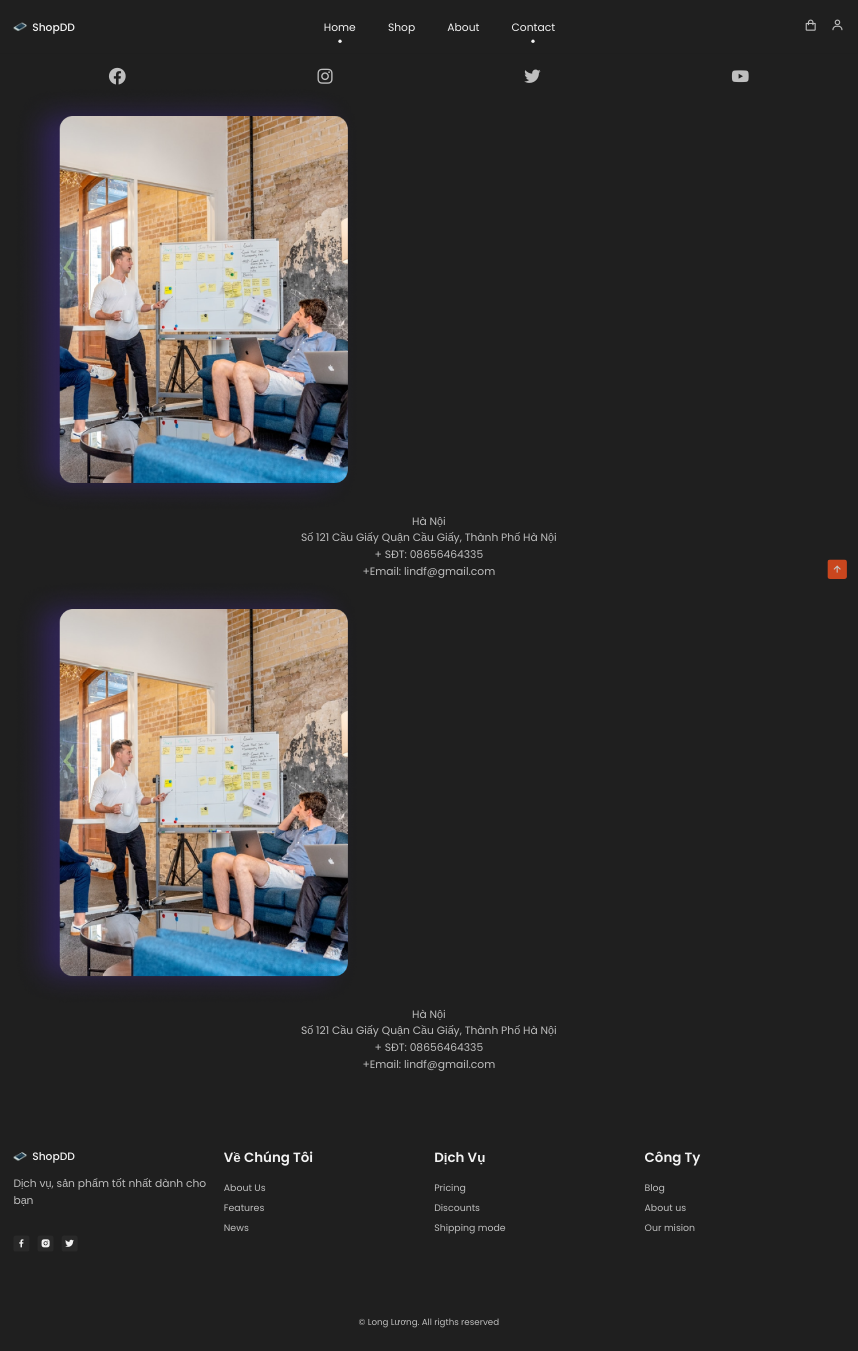
Repository: long5122000/Shopc
Page: contact.html
An editor plug-in stored every save of this project. The page is shown before and after the next save, followed by the edit.
The browser window is 1280 px wide. The pictures show the whole page, at 67% of full size.
The style sheet was rebuilt from its Sass, Less or Tailwind sources for each picture, by a compiler version that may differ from the author's.

Above is the page before, as saved 2021-12-01 10:05:13.

### contact.html
<!DOCTYPE html>
<html lang="en">
  <head>
    <meta charset="UTF-8" />
    <meta http-equiv="X-UA-Compatible" content="IE=edge" />
    <meta name="viewport" content="width=device-width, initial-scale=1.0" />
    <title>ShopDD</title>
    <link rel="shortcut icon" href="favicon.png" type="image/x-icon" />
    <link
      rel="stylesheet"
      href="https://unpkg.com/swiper@7/swiper-bundle.min.css"
    />
    <link
      rel="stylesheet"
      href="https://cdn.jsdelivr.net/npm/boxicons@latest/css/boxicons.min.css"
    />
    <link rel="stylesheet" href="./css/app.css" />
  </head>
  <body>
    <header class="header" id="header">
      <nav class="nav container">
        <a href="" class="nav__logo">
          <img src="./images/logo-3.png" alt="" class="nav__logo-img" />
          ShopDD
        </a>
        <div class="nav__menu" id="nav-menu">
          <ul class="nav__list">
            <li class="nav__item">
              <a href="./index.html" class="nav__link active-link">Home</a>
            </li>
            <li class="nav__item">
              <a href="#" class="nav__link">Shop</a>
            </li>
            <li class="nav__item">
              <a href="./about.html" class="nav__link">About</a>
            </li>
            <li class="nav__item">
              <a href="./contact.html" class="nav__link">Contact</a>
            </li>

            <!-- <a href="" class="button button--ghost">Support</a> -->
          </ul>

          <div class="nav__close" id="nav-close">
            <i class="bx bx-x"></i>
          </div>
          <!-- <img src="./images/nav-img.png" alt="" class="nav__img" /> -->
        </div>
        <div class="nav__btns">
          <!-- Theme change button -->

          <div class="nav__shop" id="cart-shop">
            <i class="bx bx-shopping-bag"></i>
          </div>

          <div class="nav__shop" id="info-user">
            <i class="bx bx-user"></i>
          </div>

          <div class="nav__toggle" id="nav-toggle">
            <i class="bx bx-grid-alt"></i>
          </div>
        </div>
      </nav>
    </header>

    <div class="cart" id="cart">
      <i class="bx bx-x cart__close" id="cart-close"></i>

      <h2 class="cart__title-center">My Cart</h2>

      <div class="cart__container">
        <article class="cart__card">
          <div class="cart__box">
            <img src="./images/new-1.png" alt="" class="cart__img" />
          </div>

          <div class="cart__details">
            <h3 class="cart__title">Jazzmaster</h3>
            <span class="cart__price">$1050</span>

            <div class="cart__amount">
              <div class="cart__amount-content">
                <span class="cart__amount-box">
                  <i class="bx bx-minus"></i>
                </span>

                <span class="cart__amount-number">1</span>

                <span class="cart__amount-box">
                  <i class="bx bx-plus"></i>
                </span>
              </div>

              <i class="bx bx-trash-alt cart__amount-trash"></i>
            </div>
          </div>
        </article>

        <article class="cart__card">
          <div class="cart__box">
            <img src="./images/new-3.png" alt="" class="cart__img" />
          </div>

          <div class="cart__details">
            <h3 class="cart__title">Rose Gold</h3>
            <span class="cart__price">$850</span>

            <div class="cart__amount">
              <div class="cart__amount-content">
                <span class="cart__amount-box">
                  <i class="bx bx-minus"></i>
                </span>

                <span class="cart__amount-number">1</span>

                <span class="cart__amount-box">
                  <i class="bx bx-plus"></i>
                </span>
              </div>

              <i class="bx bx-trash-alt cart__amount-trash"></i>
            </div>
          </div>
        </article>

        <article class="cart__card">
          <div class="cart__box">
            <img src="./images/new-5.png" alt="" class="cart__img" />
          </div>

          <div class="cart__details">
            <h3 class="cart__title">Longines Rose</h3>
            <span class="cart__price">$980</span>

            <div class="cart__amount">
              <div class="cart__amount-content">
                <span class="cart__amount-box">
                  <i class="bx bx-minus"></i>
                </span>

                <span class="cart__amount-number">1</span>

                <span class="cart__amount-box">
                  <i class="bx bx-plus"></i>
                </span>
              </div>

              <i class="bx bx-trash-alt cart__amount-trash"></i>
            </div>
          </div>
        </article>
        <article class="cart__card">
          <div class="cart__box">
            <img src="./images/new-5.png" alt="" class="cart__img" />
          </div>

          <div class="cart__details">
            <h3 class="cart__title">Longines Rose</h3>
            <span class="cart__price">$980</span>

            <div class="cart__amount">
              <div class="cart__amount-content">
                <span class="cart__amount-box">
                  <i class="bx bx-minus"></i>
                </span>

                <span class="cart__amount-number">1</span>

                <span class="cart__amount-box">
                  <i class="bx bx-plus"></i>
                </span>
              </div>

              <i class="bx bx-trash-alt cart__amount-trash"></i>
            </div>
          </div>
        </article>
        <article class="cart__card">
          <div class="cart__box">
            <img src="./images/new-5.png" alt="" class="cart__img" />
          </div>

          <div class="cart__details">
            <h3 class="cart__title">Longines Rose</h3>
            <span class="cart__price">$980</span>

            <div class="cart__amount">
              <div class="cart__amount-content">
                <span class="cart__amount-box">
                  <i class="bx bx-minus"></i>
                </span>

                <span class="cart__amount-number">1</span>

                <span class="cart__amount-box">
                  <i class="bx bx-plus"></i>
                </span>
              </div>

              <i class="bx bx-trash-alt cart__amount-trash"></i>
            </div>
          </div>
        </article>
        <article class="cart__card">
          <div class="cart__box">
            <img src="./images/new-6.webp" alt="" class="cart__img" />
          </div>

          <div class="cart__details">
            <h3 class="cart__title">Longines Rose</h3>
            <span class="cart__price">$980</span>

            <div class="cart__amount">
              <div class="cart__amount-content">
                <span class="cart__amount-box">
                  <i class="bx bx-minus"></i>
                </span>

                <span class="cart__amount-number">1</span>

                <span class="cart__amount-box">
                  <i class="bx bx-plus"></i>
                </span>
              </div>

              <i class="bx bx-trash-alt cart__amount-trash"></i>
            </div>
          </div>
        </article>
      </div>

      <div class="cart__prices">
        <span class="cart__prices-item">3 items</span>
        <span class="cart__prices-total">$2880</span>
      </div>
    </div>

    <div class="info" id="info">
      <i class="bx bx-x info__close" id="info-close"></i>
      <div class="info__btn">
        <a href="./login.html" class="button">Đăng nhập</a>
        <a href="./register.html" class="button">Đăng Ký</a>
      </div>
    </div>
    <main class="main">
      <section class="contact container" id="contact">
        <h1 class="contact__title">Hãy Kết Nối Với Chúng Tôi</h1>
        <div class="contact__list">
          <i class="bx bxl-facebook-circle contact__item"></i>
          <i class="bx bxl-instagram contact__item"></i>
          <i class="bx bxl-twitter contact__item"></i>
          <i class="bx bxl-youtube contact__item"></i>
        </div>
      </section>
      <section class="address container">
        <div class="address__list">
          <div class="address__image">
            <img src="./images/about.png" alt="" />
          </div>
          <div class="address__content">
            <div class="address__city">Hà Nội</div>
            <div class="address__info">
              <span>Số 121 Cầu Giấy</span>
              Quận Cầu Giấy, Thành Phố Hà Nội
            </div>
            <div class="address__phone">+ SĐT: 08656464335</div>
            <div class="address__email">+Email: lindf@gmail.com</div>
          </div>
        </div>
        <div class="address__list">
          <div class="address__image">
            <img src="./images/about.png" alt="" />
          </div>
          <div class="address__content">
            <div class="address__city">Hà Nội</div>
            <div class="address__info">
              <span>Số 121 Cầu Giấy</span>
              Quận Cầu Giấy, Thành Phố Hà Nội
            </div>
            <div class="address__phone">+ SĐT: 08656464335</div>
            <div class="address__email">+Email: lindf@gmail.com</div>
          </div>
        </div>
      </section>
    </main>
    <footer class="footer section">
      <div class="footer__container container grid">
        <div class="footer__content">
          <a href="#" class="footer__logo">
            <img src="./images/logo-3.png" alt="" class="footer__logo-image" />
            ShopDD
          </a>
          <p class="footer__description">
            Dịch vụ, sản phẩm tốt nhất dành cho bạn
          </p>
          <div class="footer__social">
            <a
              href="https://www.facebook.com/"
              target="_blank"
              class="footer__social-link"
            >
              <i class="bx bxl-facebook"></i>
            </a>
            <a
              href="https://www.instagram.com/"
              target="_blank"
              class="footer__social-link"
            >
              <i class="bx bxl-instagram-alt"></i>
            </a>
            <a
              href="https://twitter.com/"
              target="_blank"
              class="footer__social-link"
            >
              <i class="bx bxl-twitter"></i>
            </a>
          </div>
        </div>
        <div class="footer__content">
          <h3 class="footer__title">Về Chúng Tôi</h3>
          <ul class="footer__links">
            <li>
              <a href="" class="footer__link">About Us</a>
            </li>
            <li>
              <a href="" class="footer__link">Features</a>
            </li>
            <li>
              <a href="" class="footer__link">News</a>
            </li>
          </ul>
        </div>
        <div class="footer__content">
          <h3 class="footer__title">Dịch Vụ</h3>
          <ul class="footer__links">
            <li>
              <a href="" class="footer__link">Pricing</a>
            </li>
            <li>
              <a href="" class="footer__link">Discounts</a>
            </li>
            <li>
              <a href="" class="footer__link">Shipping mode</a>
            </li>
          </ul>
        </div>
        <div class="footer__content">
          <h3 class="footer__title">Công Ty</h3>
          <ul class="footer__links">
            <li>
              <a href="" class="footer__link">Blog</a>
            </li>
            <li>
              <a href="" class="footer__link">About us</a>
            </li>
            <li>
              <a href="" class="footer__link">Our mision</a>
            </li>
          </ul>
        </div>
      </div>

      <span class="footer__copy">&#169; Long Lương. All rigths reserved</span>

      <div class="modal" id="modal__view">
        <div class="modal__main">
          <i class="bx bx-x modal__close" id="modal-close"></i>
          <div class="modal__image">
            <img src="./images/new-1.png" alt="" />
          </div>
          <div class="modal__content">
            <h3 class="modal__title">Tivi</h3>
            <p class="modal__desc">
              Lorem ipsum dolor sit amet consectetur adipisicing elit. Repellat
              laborum facilis harum quis aperiam laboriosam quasi deleniti velit
              est rerum animi consectetur voluptate culpa, quas, dolor illum
              fugit exercitationem sapiente?
            </p>
            <div class="modal__price">$167</div>
          </div>
          <a href="#!" class="button modal__button">Xem chi tiết</a>
        </div>
      </div>

      <!-- <img src="./images/footer1-img.png" alt="" class="footer__image-one" />
      <img src="./images/footer2-img.png" alt="" class="footer__image-two" /> -->
    </footer>

    <a href="#" class="scrollup" id="scroll-up">
      <i class="bx bx-up-arrow-alt scrollup__icon"></i>
    </a>
    <script src="https://unpkg.com/swiper@7/swiper-bundle.min.js"></script>
    <script src="scripts/scrollreveal.min.js"></script>
    <script src="./scripts/app.js"></script>
  </body>
</html>

### sass/app.scss
@import "variables";
@import "reset";
@import "mixin";
@import "base";
@import "header";
@import "cart";
@import "search";
@import "info";
@import "home";
@import "category";
@import "about";
@import "hot";
@import "discount";
@import "new";
@import "newsletter";
@import "footer";
@import "modal";
@import "scroll";
@import "register";
@import "login";
@import "contact";
@import "address";
@import "breakpoints";

### sass/_reset.scss
html {
  box-sizing: border-box;
}
* {
  margin: 0;
  padding: 0;
}
*,
*:before,
*:after {
  box-sizing: border-box;
}
input,
textarea,
select,
button {
  outline: none;
  border: none;
}
input {
  line-height: normal;
}
label,
button {
  cursor: pointer;
}
a {
  text-decoration: none;
}
img {
  display: block;
  max-width: 100%;
}

### sass/_mixin.scss
@mixin flex(
  $align: flex-start,
  $justify: flex-start,
  $wrap: nowrap,
  $dir: row
) {
  display: flex;
  justify-content: $justify;
  align-items: $align;
  flex-wrap: $wrap;
  flex-direction: $dir;
}
@mixin maxw($breakpoint) {
  @media screen and (max-width: $breakpoint) {
    @content;
  }
}
@mixin minw($breakpoint) {
  @media screen and (min-width: $breakpoint) {
    @content;
  }
}
@mixin center {
  display: flex;
  justify-content: center;
  align-items: center;
}

### sass/_base.scss
* {
  box-sizing: border-box;
  padding: 0;
  margin: 0;
}
html {
  scroll-behavior: smooth;
}
body {
  margin: var(--header-height) 0 0 0;
  font-family: var(--body-font);
  font-size: var(--normal-font-size);
  background: var(--body-color);
  color: var(--text-color);
}
h1,
h2,
h3,
h4 {
  color: var(--title-color);
  font-weight: var(--font-semi-bold);
}
ul {
  list-style: none;
}
.section {
  padding: 4.5rem 0 2rem;
}
.section__title {
  font-size: var(--h2-font-size);
  margin-bottom: var(--mb2);
  text-align: center;
}
.container {
  max-width: 1240px;
  margin-left: var(--mb-1-5);
  margin-right: var(--mb-1-5);
}
.grid {
  display: grid;
}
.main {
  overflow: hidden;
}
::-webkit-scrollbar {
  width: 0.6rem;
  background: #413e3e;
}
::-webkit-scrollbar-thumb {
  background: #272525;
  border-radius: 0.5rem;
}
.button {
  display: inline-block;
  background-color: var(--first-color);
  color: var(--title-color);
  padding: 1rem 1.75rem;
  border-radius: 0.5rem;
  font-weight: var(--font-medium);
  transition: 0.3s;
  &:hover {
    background-color: var(--first-color-alt);
  }
  &--ghost {
    border: 2px solid;
    background-color: transparent;
    border-radius: 3rem;
    padding: 0.75rem 1.5rem;
    &:hover {
      background: none;
    }
  }
  &__icon {
    font-size: 1.25rem;
  }
  &--link {
    color: var(--title-color);
  }
  &--flex {
    display: inline-flex;
    align-items: center;
    column-gap: 0.5rem;
  }
}

### sass/_search.scss
.search-box {
  width: 1px;
  height: 30px;
  background-color: rgb(88, 88, 88);
  position: relative;

  transition: all 0.5s ease;
  border-radius: 15px;
}

.search-box.open {
  width: 220px;
}

.search-input {
  width: 100%;
  height: 100%;
  border: none;
  box-shadow: none;
  background: transparent;
  color: #fff;
  padding: 20px 20px;
  font-size: 20px;
}

.search-btn {
  color: rgba(191, 191, 191);
  outline: none;
  border: none;

  position: absolute;
  right: -0;
  top: 0;
  cursor: pointer;
  font-size: 25px;
  background-color: transparent;
}

### sass/_info.scss
.info {
  position: fixed;
  background-color: rgb(59, 59, 59);
  z-index: var(--z-fixed);
  width: 100%;
  height: 100%;
  top: 0;
  right: -100%;
  padding: 5.5rem 1rem;
  transition: 0.4s;
  overflow-y: scroll;
  &__close {
    font-size: 2rem;
    color: var(--title-color);
    position: absolute;
    top: 1.25rem;
    right: 0.9rem;
    cursor: pointer;
  }
}
.show-info {
  right: 0;
}

### sass/_category.scss
.category {
  &__container {
    grid-template-columns: repeat(2, 1fr);
    gap: 1rem 2rem;
  }
  &__data {
    text-align: center;
  }
  &__image {
    width: 120px;
    margin: 0 auto;
    transition: 0.3s;
  }
  &__title {
    margin-bottom: var(--mb-0-25);
  }
  &__data:hover {
    .category {
      &__image {
        transform: translateY(-0.5rem);
      }
    }
  }
}
.scroll {
  &-header {
    background: var(--container-color);
  }
}

### sass/_about.scss
.about {
  &__container {
    row-gap: 2rem;
  }
  &__data {
    text-align: center;
  }
  &__description {
    margin-bottom: var(--mb-2);
  }
  &__image {
    width: 200px;
    justify-self: center;
  }
}

### sass/_hot.scss
.hot {
  &__container {
    grid-template-columns: repeat(2, 1fr);
    gap: 1.5rem;
    padding: 1rem;
  }
  &__content {
    position: relative;
    background: var(--container-color);
    border-radius: 1rem;
    padding: 1.5rem 0 1rem 0;
    text-align: center;
    overflow: hidden;

    &:hover .hot__image {
      transform: translateY(-0.5rem);
    }
    &:hover .hot__button {
      right: 0;
    }
  }
  &__image {
    width: 90px;
    transition: 0.3s;
    margin: 0 auto;
  }
  &__subtitle,
  &__price {
    display: block;
  }
  &__subtitle {
    font-size: var(--smaller-font-size);
    margin-bottom: var(--mb-0-5);
  }
  &__title,
  &__price {
    color: var(--title-color);
    font-weight: var(--font-medium);
    font-size: var(--normal-font-size);
  }
  &__button {
    display: flex;
    flex-direction: column;
    gap: 5px 0;
    padding: 0.5rem;
    border-radius: 0.25rem 0.25rem 0.75rem 0.25rem;
    position: absolute;
    right: -3rem;
    bottom: 0;
  }
  &__icon {
    font-size: 1.25rem;
    color: var(--title-color);
    &--bt {
      border-bottom: 1px solid gray;
      padding-bottom: 4px;
    }
    &:hover {
      color: var(--first-color);
    }
  }
}

### sass/_discount.scss
.discount {
  &__container {
    background: var(--container-color);
    border-radius: 1rem;
    padding: 2.5rem 0 1.5rem;
    row-gap: 0.75rem;
  }
  &__data {
    text-align: center;
  }
  &__title {
    font-size: var(--h2-font-size);
    margin-bottom: var(--mb-2);
  }
  &__image {
    width: 200px;
    justify-self: center;
  }
}

### sass/_newsletter.scss
.newsletter {
  &__description {
    text-align: center;
    margin-bottom: var(--mb-1-5);
  }
  &__form {
    background: var(--container-color);
    padding: 1rem;
    @include flex(center, space-between);
    // display: flex;
    // justify-content: space-between;
    border-radius: 0.75rem;
  }
  &__input {
    width: 70%;
    padding: 0 0.5rem;
    background: none;
    color: var(--title-color);
    &::placeholder {
      color: var(--text-color);
    }
  }
}

### sass/_footer.scss
.footer {
  position: relative;
  overflow: hidden;
  &__image {
    &-one,
    &-two {
      position: absolute;
      transition: 0.3s;
      &:hover {
        transform: translateY(-0.5rem);
      }
    }
    &-one {
      width: 100px;
      top: 6rem;
      right: -2rem;
    }
    &-two {
      width: 150px;
      bottom: 4rem;
      right: 4rem;
    }
  }
  &__container {
    row-gap: 2rem;
  }
  &__logo {
    @include flex(center);
    column-gap: 0.5rem;
    margin-bottom: var(--mb-1);
    font-weight: var(--font-medium);
    color: var(--title-color);
    &-image {
      width: 20px;
    }
  }
  &__description {
    margin-bottom: var(--mb-2-5);
  }
  &__social {
    display: flex;
    column-gap: 0.75rem;
    &-link {
      display: inline-flex;
      background: var(--container-color);
      padding: 0.25rem;
      border-radius: 0.25rem;
      color: var(--title-color);
      font-size: 1rem;
      &:hover {
        background: var(--body-color);
      }
    }
  }
  &__title {
    font-size: var(--h3-font-size);
    margin-bottom: var(--mb-1);
  }
  &__links {
    display: grid;
    row-gap: 0.35rem;
  }
  &__link {
    font-size: var(--small-font-size);
    color: var(--text-color);
    transition: 0.3s;
    &:hover {
      color: var(--title-color);
    }
  }
  &__copy {
    display: block;
    text-align: center;
    font-size: var(--smaller-font-size);
    margin-top: 4.5rem;
  }
}

### sass/_modal.scss
.modal {
  position: fixed;
  top: 0;
  height: 100%;
  width: 100%;
  background: var(--container-color);
  transition: var(--transition250);
  opacity: 0;
  visibility: hidden;
  z-index: 100;
  border-radius: 8px;
  &__main {
    display: grid;
    grid-template-columns: 1fr;
    padding: 0 10px;
  }
  &__image {
    height: 100%;
    width: 100%;
    margin-top: var(--mb-2-5);
  }
  &__title {
    font-size: var(--h1-font-size);
    text-align: center;
    margin-top: var(--mb-2);
    margin-bottom: var(--mb-1-5);
  }
  &__desc {
    margin-bottom: var(--mb-1-5);
  }
  &__price {
    font-size: var(--h2-font-size);
    color: var(--first-color);
    margin-bottom: var(--mb-1-5);
  }
  &__button {
    text-align: center;
  }
  &__close {
    position: absolute;
    right: 5px;
    top: 5px;
    font-size: 2.5rem;
  }
}
.show-modal {
  opacity: 1;
  visibility: unset;
}

### sass/_scroll.scss
.scrollup {
  position: fixed;
  background: var(--first-color);
  right: 1rem;
  bottom: -20%;
  display: inline-flex;
  padding: 0.3rem;
  border-radius: 0.25rem;
  z-index: var(--z-tooltip);
  opacity: 0.8;
  transition: 0.4s;
  &:hover {
    background: var(--container-color);
    opacity: 1;
  }
  &__icon {
    font-size: 1.2rem;
    color: var(--title-color);
  }
}
.show-scroll {
  bottom: 3rem;
}

### sass/_contact.scss
.contact {
  margin-top: var(--mb-2);
  &__title {
    text-align: center;
  }
  &__list {
    margin-top: var(--mb-2);
    display: flex;
    justify-content: space-around;
  }
  &__item {
    font-size: 30px;
  }
}

### sass/_address.scss
.address {
  &__main {
    display: grid;
    grid-template-columns: 1fr;
    gap: 20px 0;
  }
  &__city,
  &__phone,
  &__info,
  &__email {
    text-align: center;
  }
}

Loaded but not shown: scripts/scrollreveal.min.js (library); scripts/app.js (146 lines, source omitted); sass/_breakpoints.scss (367 lines, source omitted); sass/_cart.scss (106 lines, source omitted); sass/_new.scss (84 lines, source omitted); sass/_header.scss (97 lines, source omitted); sass/_register.scss (100 lines, source omitted); sass/_login.scss (100 lines, source omitted); sass/_variables.scss (59 lines, source omitted); sass/_home.scss (82 lines, source omitted)

After the next save:
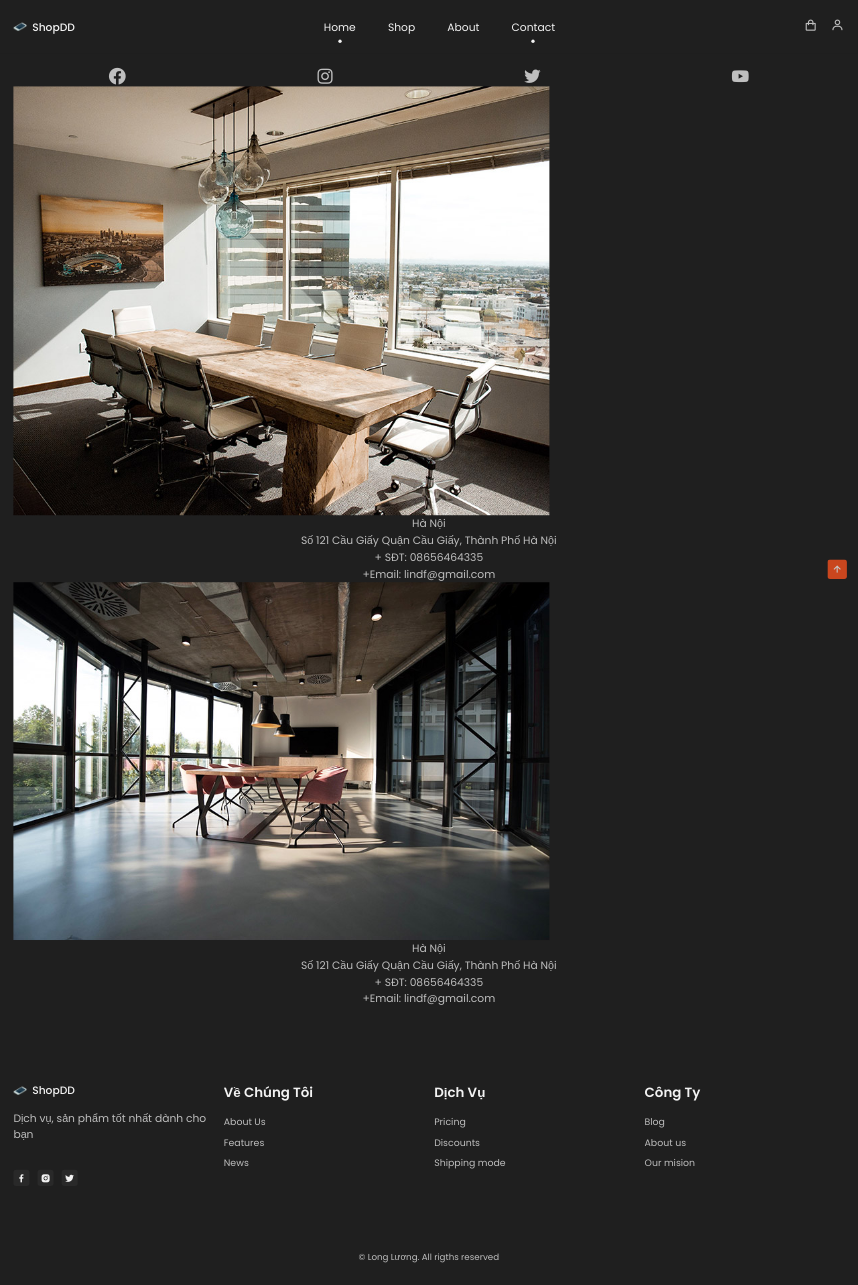
Saved 91 s later.
--- a/contact.html
+++ b/contact.html
@@ -256,7 +256,7 @@
       <section class="address container">
         <div class="address__list">
           <div class="address__image">
-            <img src="./images/about.png" alt="" />
+            <img src="./images/contact-1.jpg" alt="" />
           </div>
           <div class="address__content">
             <div class="address__city">Hà Nội</div>
@@ -270,7 +270,7 @@
         </div>
         <div class="address__list">
           <div class="address__image">
-            <img src="./images/about.png" alt="" />
+            <img src="./images/contact-2.jpg" alt="" />
           </div>
           <div class="address__content">
             <div class="address__city">Hà Nội</div>
